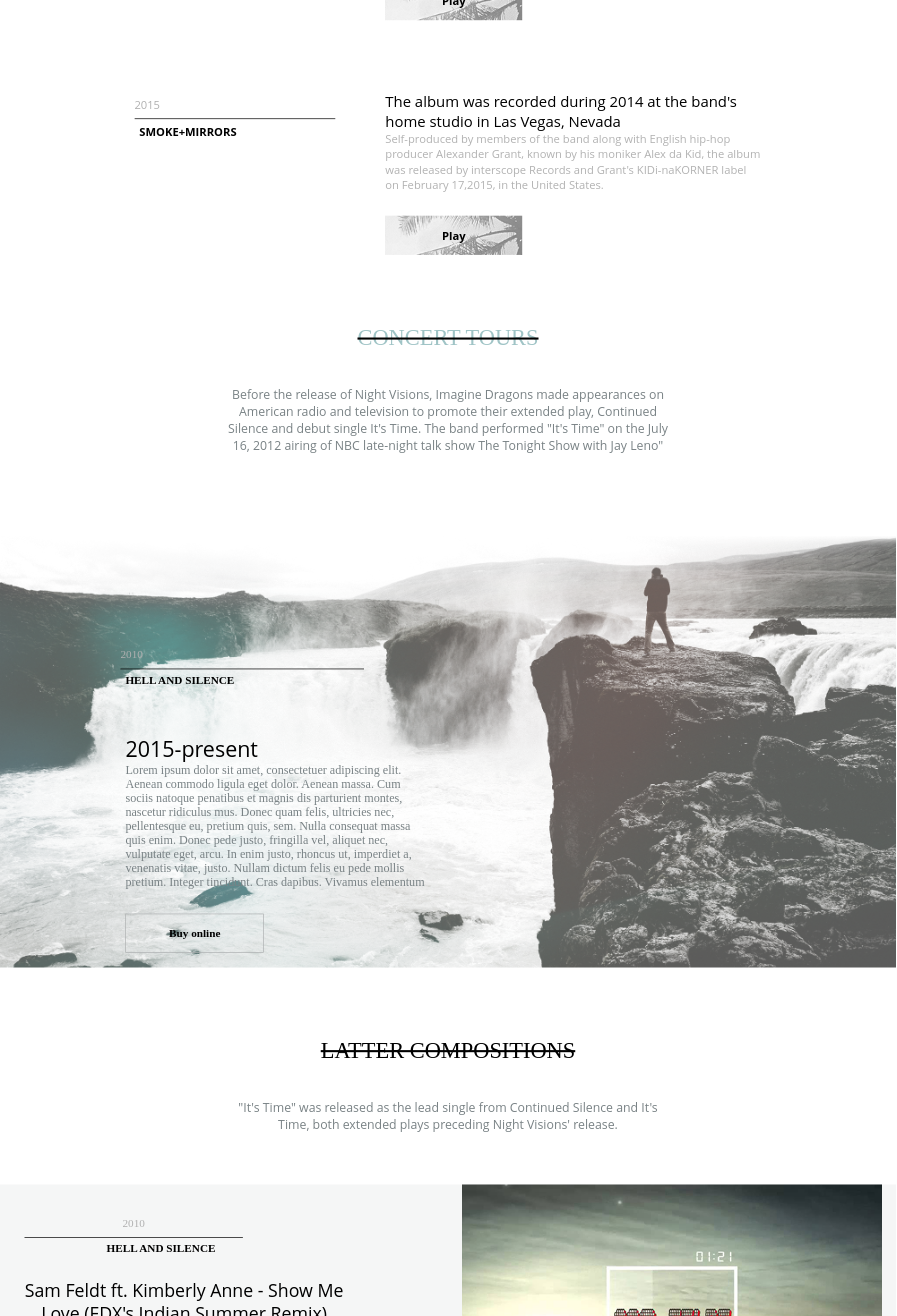
Repository: supsun7/Lab1_Update
Page: index.html
The author's editor kept a record of every edit. The page is drawn from the files as they stood at one moment, then again after the next edit.
The browser window is 1280 px wide. The page is 1282 px wide, so the pictures cover 1282 px, including what lies to the right of the window. The pictures show the part of the page from y = 1593 to 3473 px (the page is 9707 px tall before and 10007 px after), at 70% of full size.
Some web fonts or font styles are not loaded; a fallback is used.

Above is the page before.

After the next edit:
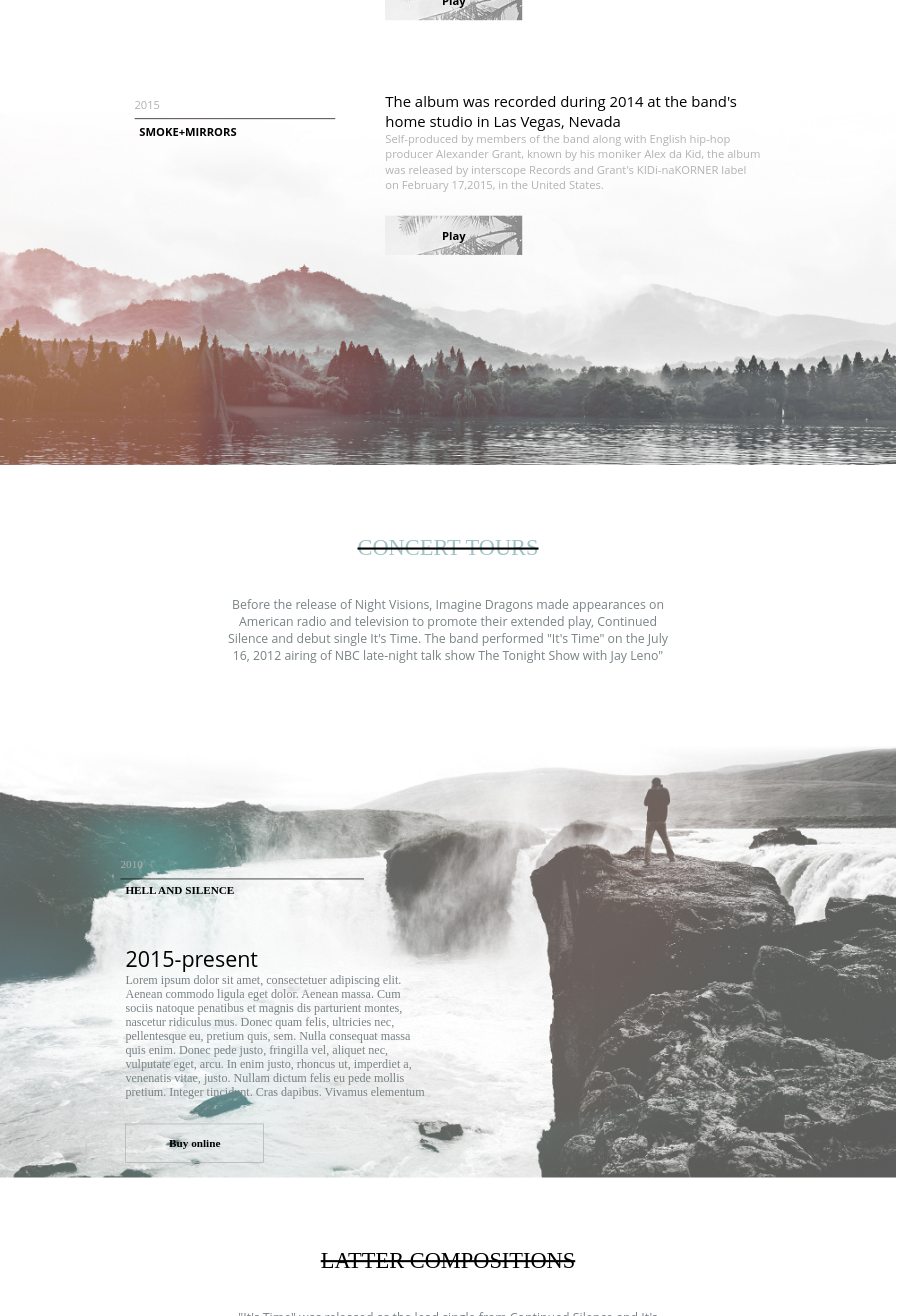
The edit:
--- a/index.html
+++ b/index.html
@@ -21,7 +21,15 @@
             <li class="menu-butt"><a href="/">CONTACT</a></li>
         </ul>
     </header>
-    <div class="discograph">
+    <div class="discograph" style="
+    width: 100%;
+    float: left;
+    background-image: url(app/img/disko-bg.png);
+    background-position-y: bottom;
+    background-repeat: no-repeat;
+    background-size: contain;
+    padding-bottom: 300px;
+">
         <div class="top-block">
             <a class="name" style=" text-decoration: line-through; color: #000">
                 <span style="color: #94674c">DISCOGRAPHY </span>
